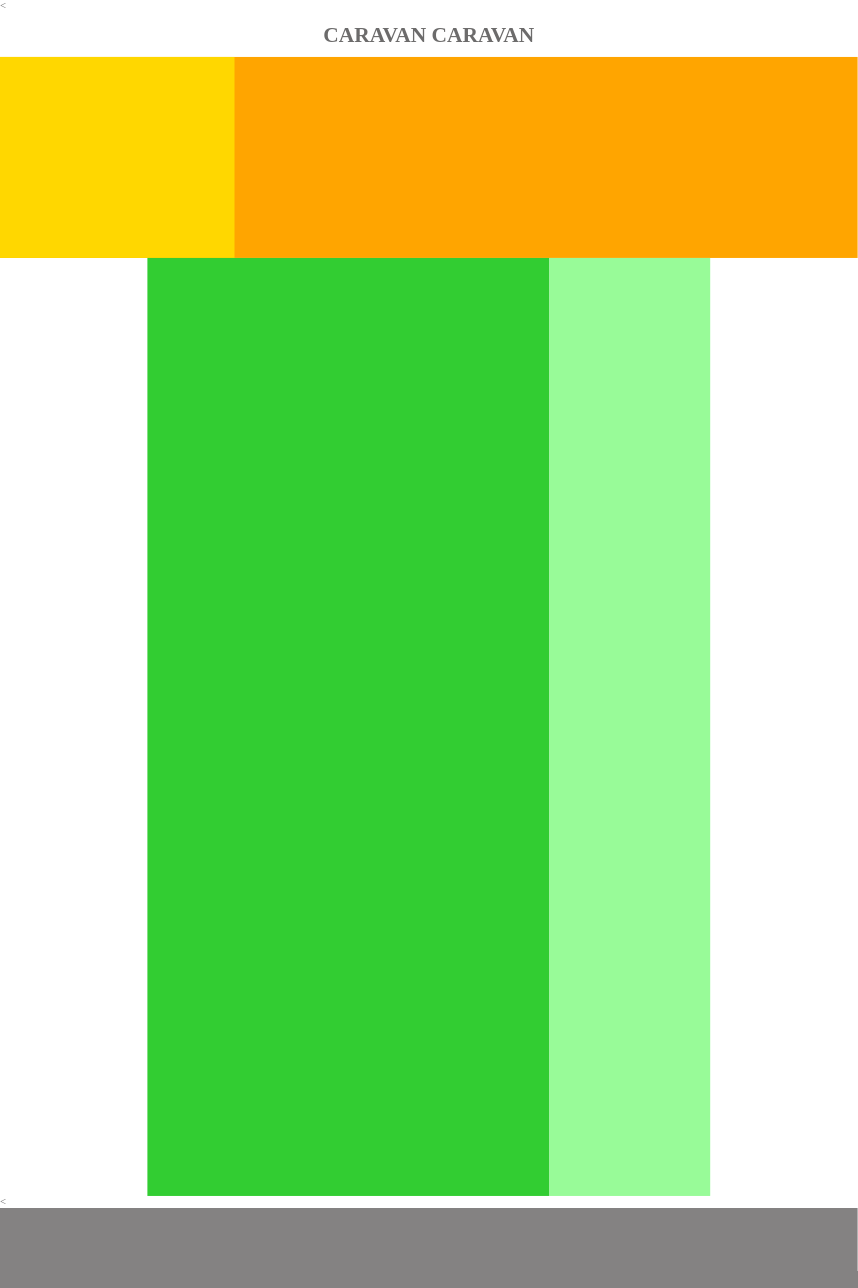
Repository: YabuYoshi/Bookers1
Page: carvan/index.html
The author's editor kept a record of every edit. The page is drawn from the files as they stood at one moment, then again after the next edit.
The browser window is 1280 px wide. The pictures show the whole page, at 67% of full size.

Above is the page before.

### carvan/index.html
<!DOCTYPE html>
<html lang="ja">
  <head>
    <meta charset="UTF-8" />
    <!-- CSSファイルの読み込み -->
    <link rel="stylesheet" href="style.css" />
    <title>CARAVAN</title>
  </head>

  <body>
    <<header>
      <h1 class="heading">
        <a href="index.html">
          CARAVAN
        </a>
        CARAVAN
      </h1>
    </header>
    <div class="main-visual">
      <div class="main-visual-content"></div>
    </div>
    <div class="main">
      <div class="blog"></div>
      <div class="sidebar"></div>
    </div>
    <<footer>

    </footer>

  </body>
</html>

### carvan/style.css
* {
  margin: 0;
  padding: 0;
  box-sizing: border-box;
  color: #6c6b6b;
}

a {
  text-decoration: none;
}

header {
  width: 90%;
  padding: 15px 0;
  margin: 0 auto;
  text-align: center;
}

header .heading {
  font-size: 32px;
}

.nav-list {
  text-align: center;
  padding: 10px 0;
  margin: 0 auto;
}

.navi-list-item {
  list-style: none;
  display: inline-block;
  margin: 0 20px;
}

.main-visual {
  width: 100%;
  height: 300px;
  background-color: orange;
}

.main-visual-content {
  width: 350px;
  height: 300px;
  background-color: gold
}

.main {
  width: 840px;
  display: flex;
  justify-content: center;
  margin: 0 auto;
}

.blog {
  width: 600px; /* 横幅600px */
  height: 1400px; /* 高さ1400px */
  background-color: limegreen; /* 背景色limegreen */
}

.sidebar {
  width: 240px; /* 横幅240px */
  height: 1400px; /* 高さ1400px */
  background-color: palegreen; /* 背景色palegreen */
}

footer{
  width: 100%;
  height: 120px;
  text-align: center;
  line-height: 120px;
  background-color: #848282;
}

.footer-text {
  color: #fff;
}

After the next edit:
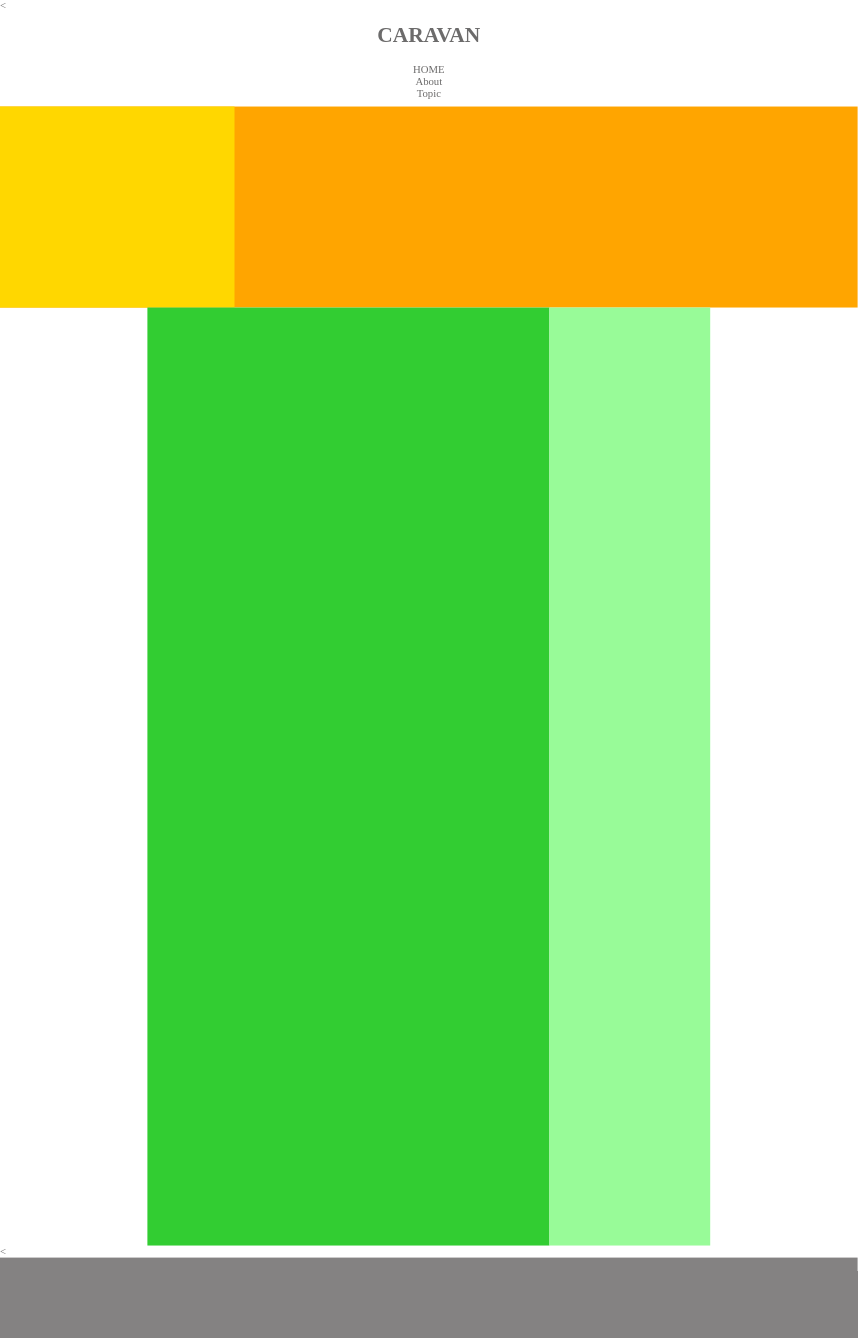
The edit:
--- a/carvan/index.html
+++ b/carvan/index.html
@@ -13,9 +13,19 @@
         <a href="index.html">
           CARAVAN
         </a>
-        CARAVAN
       </h1>
     </header>
+
+    <nab>
+      <ul class="nav-list">
+        <li class="nav-list-item">
+          <a href="index.html">HOME</a>
+        </li>
+        <li class="nav-list-item">About</li>
+        <li class="nav-list-item">Topic</li>
+      </ul>
+    </nab>
+
     <div class="main-visual">
       <div class="main-visual-content"></div>
     </div>
